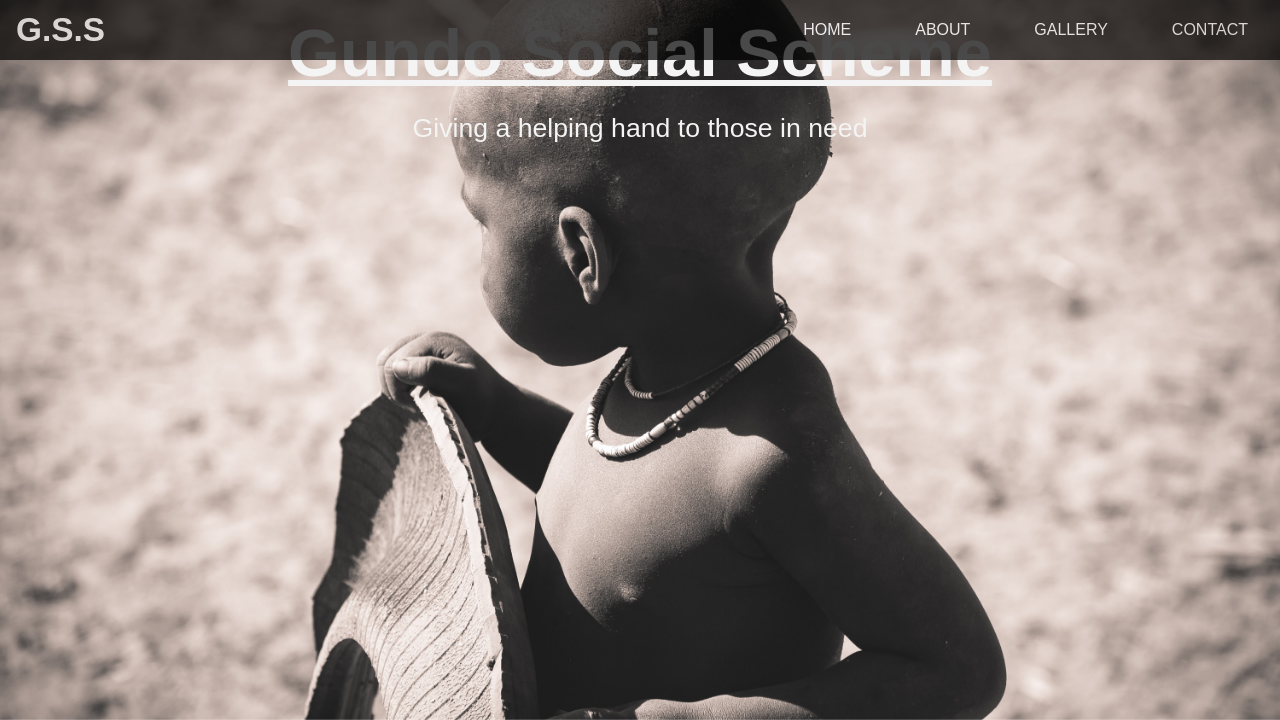
Repository: blessingNtoko/gss-basic_website
Page: index.html
The author's editor kept a copy of each file at every save. The page is drawn from the files as they stood at one save, then again after the next save.
The browser window is 1280 px wide. The pictures show the whole page.
An inner scrolling area shows only its first screen.

Above is the page before, as saved 2020-05-13 19:43:23.

After the next save:
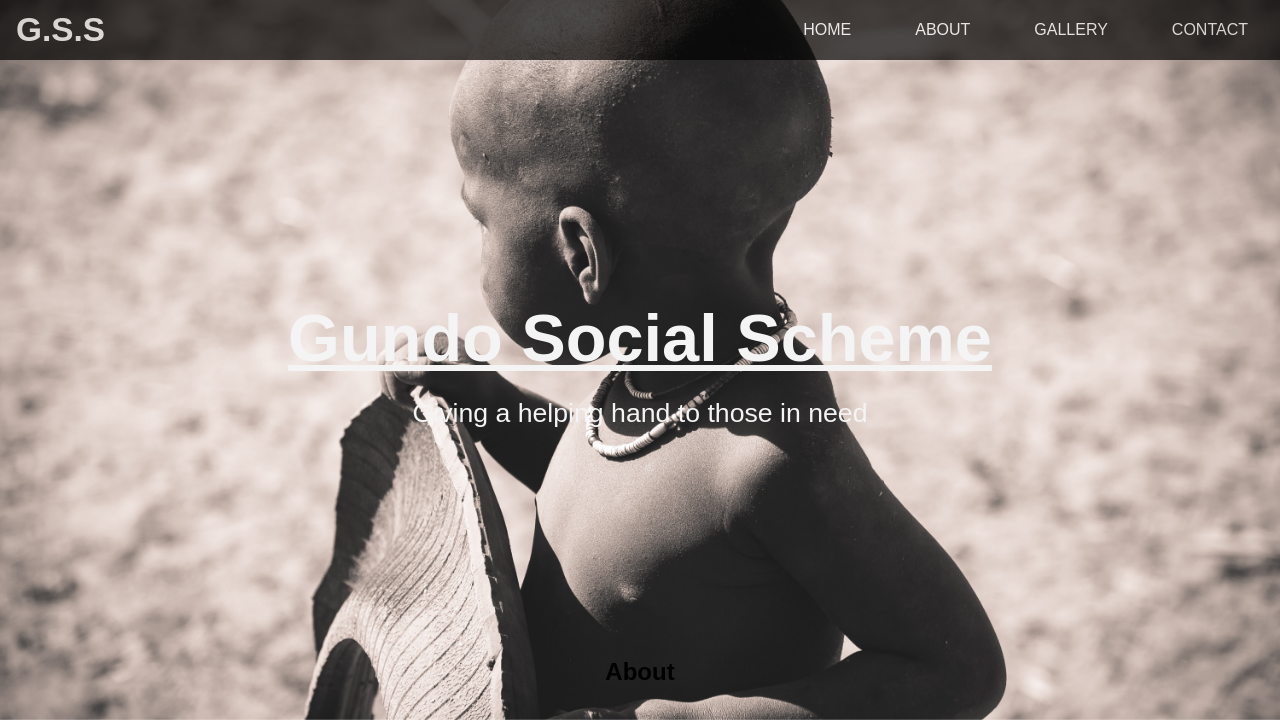
Saved 8 s later.
--- a/style.css
+++ b/style.css
@@ -75,7 +75,7 @@ section {
     display: flex;
     flex-direction: column;
     align-items: center;
-    /* justify-content: center; */
+    justify-content: center;
     text-align: center;
     width: 100%;
     height: 100vh;
